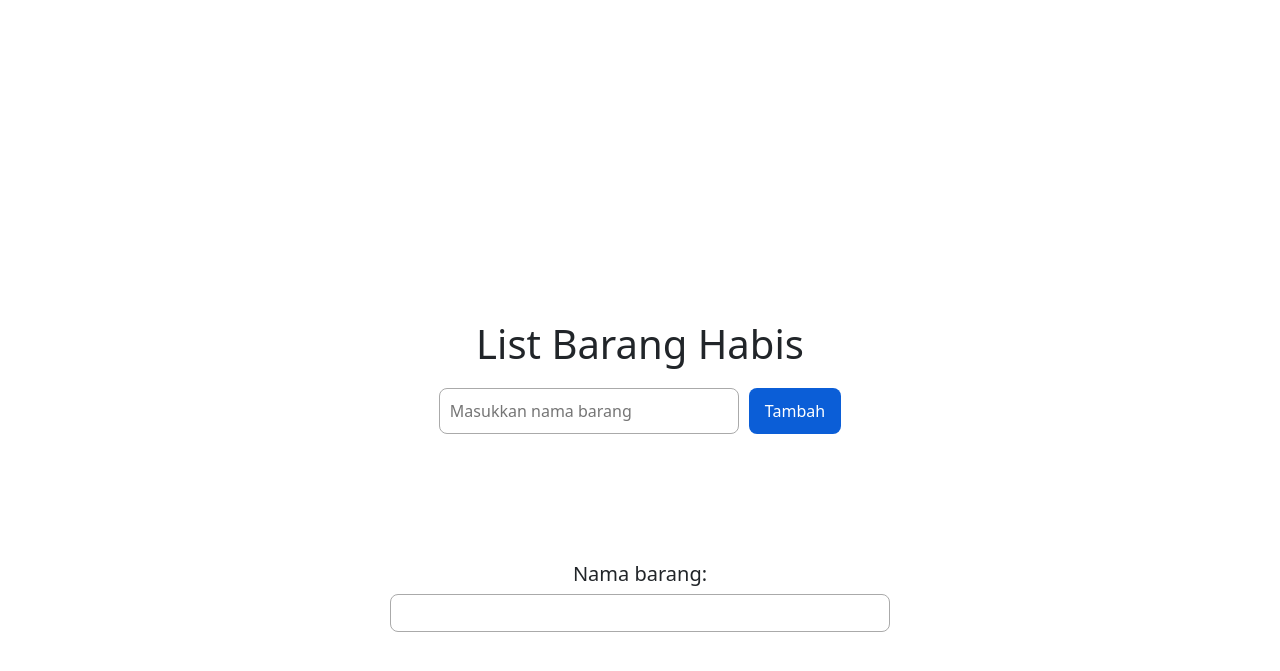
Repository: amorysdeo/dirumah
Page: index.html
An editor plug-in stored every save of this project. The page is shown before and after a run of saves, followed by the edit.
The browser window is 1280 px wide. The pictures show the whole page.
The pointer rests on the first visible `#inputan button`.

Above is the page before, as saved 2025-11-27 12:06:10.

### index.html
<!DOCTYPE html>
<html lang="en">
<head>
    <meta charset="UTF-8">
    <meta name="viewport" content="width=device-width, initial-scale=1.0">
    <link rel="stylesheet" href="css.css">
    <link href="https://cdn.jsdelivr.net/npm/bootstrap@5.3.3/dist/css/bootstrap.min.css" rel="stylesheet">

    <title>Belanja</title>
</head>
<body>
    <div id="main-box">
        <div id="title">
            <h1>List Barang Habis</h1>
        </div>
        <div id="inputan">
            <input type="text" id="barang" name="barang" placeholder="Masukkan nama barang">
            <button>Tambah</button>
        </div>
    </div>

    <h5 class="text-center">Nama barang:</h5>
    <div id="list-box">
        <ul></ul>
    </div>

    <script src="https://cdn.jsdelivr.net/npm/@popperjs/core@2.11.8/dist/umd/popper.min.js"></script>
    <script src="https://cdn.jsdelivr.net/npm/bootstrap@5.3.3/dist/js/bootstrap.min.js"></script>
</body>
</html>

### css.css
body {
    padding-top: 25%;
    margin: 0;
    background-color: #f5f5f5;
}

/* BOX UTAMA */
#main-box {
    /* background-color: aqua; */
    width: 75%;
    max-width: 500px;

    /* INI YANG NENGAHAN KANAN-KIRI */
    margin-left: auto;
    margin-right: auto;

    margin-bottom: 10%;

    /* Biar kontennya center */
    text-align: center;

}

/* TITLE */
#title h1 {
    margin-bottom: 20px;
}

/* INPUT + BUTTON */
#inputan {
    display: flex;
    justify-content: center;
    gap: 10px;
}

#inputan input {
    padding: 10px;
    width: 70%;
    max-width: 300px;
    border-radius: 8px;
    border: 1px solid #aaa;
    font-size: 16px;
}

#inputan button {
    padding: 10px 16px;
    border-radius: 8px;
    border: none;
    background-color: #fa39ca;
    color: white;
    font-size: 16px;
    cursor: pointer;
    transition: 0.2s;
}

#inputan button:hover {
    background-color: #0b5ed7;
}

#list-box {
    padding: 10px;
    width: 75%;
    max-width: 500px;
    border-radius: 8px;
    border: 1px solid #aaa;

    /* Nengahin */
    margin-left: auto;
    margin-right: auto;
}

After the next 2 saves:
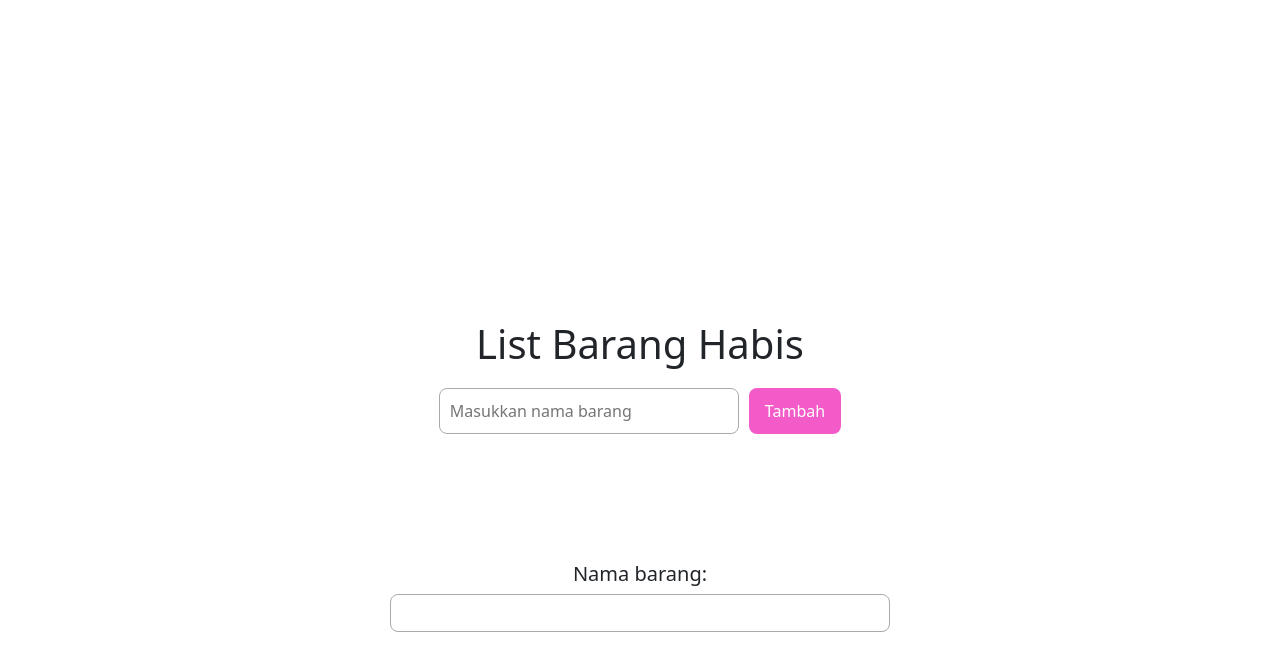
The 2 saves are shown as one change because they came seconds apart.
The last was saved 6 s later.
--- a/css.css
+++ b/css.css
@@ -54,7 +54,7 @@ body {
 }
 
 #inputan button:hover {
-    background-color: #0b5ed7;
+    background-color: #f35bc8;
 }
 
 #list-box {
